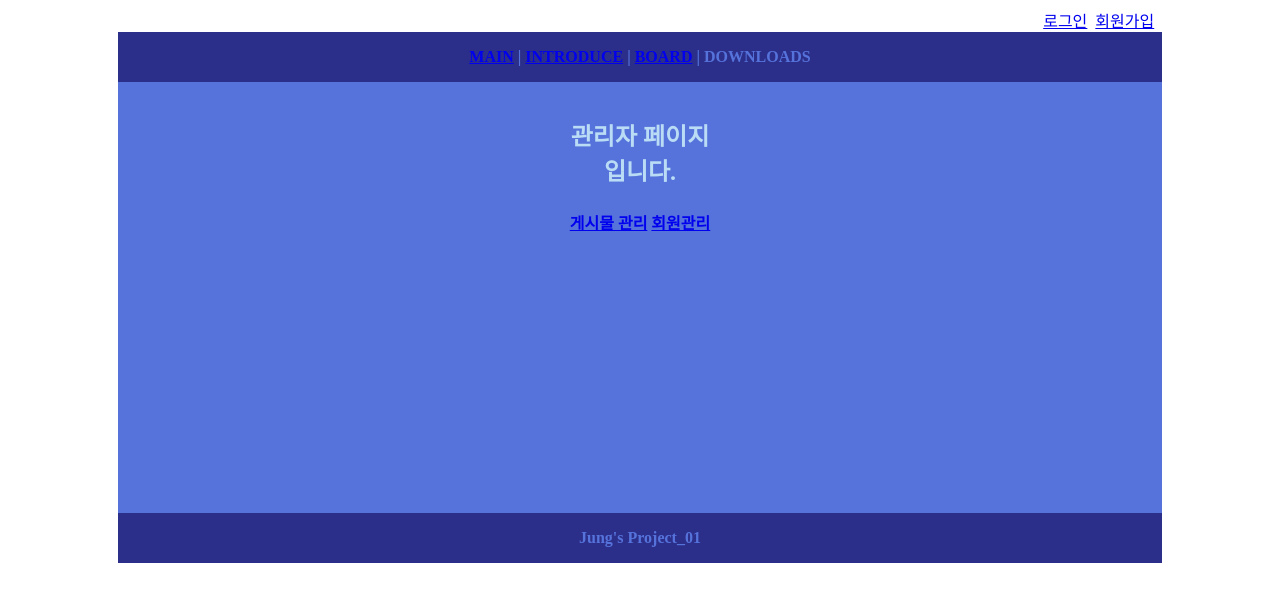
Repository: asas6306/Jungs_
Page: http://localhost/Board-Project1/WEB-INF/JSP/management.jsp
An editor plug-in stored every save of this project. The page is shown before and after the next save, followed by the edit.
The browser window is 1280 px wide. The pictures show the whole page.
The page is served by Tomcat 9. Nobody is signed in. The template is opened directly, without the code that normally fills it, so the values that code supplies are empty.

Above is the page before, as saved 2021-01-14 11:42:09.

After the next save:
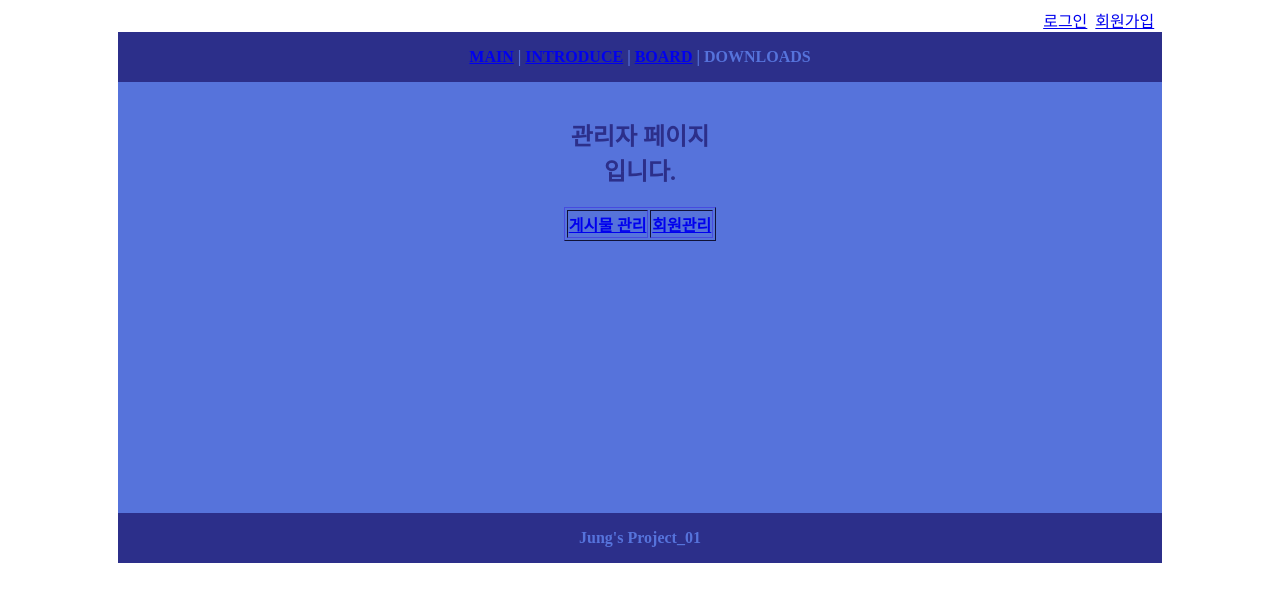
Saved 23 s later.
--- a/Board-Project1/WebContent/WEB-INF/JSP/management.jsp
+++ b/Board-Project1/WebContent/WEB-INF/JSP/management.jsp
@@ -2,7 +2,7 @@
     pageEncoding="UTF-8"%>
 <jsp:include page="/layout/header.jsp"/>
 
-<table>
+<table border="1" class="table">
 <caption><h2>관리자 페이지입니다.</h2></caption>
 	<tr>
 		<th><a href="/Board-Project1/management?action=article">게시물 관리</a></th>
